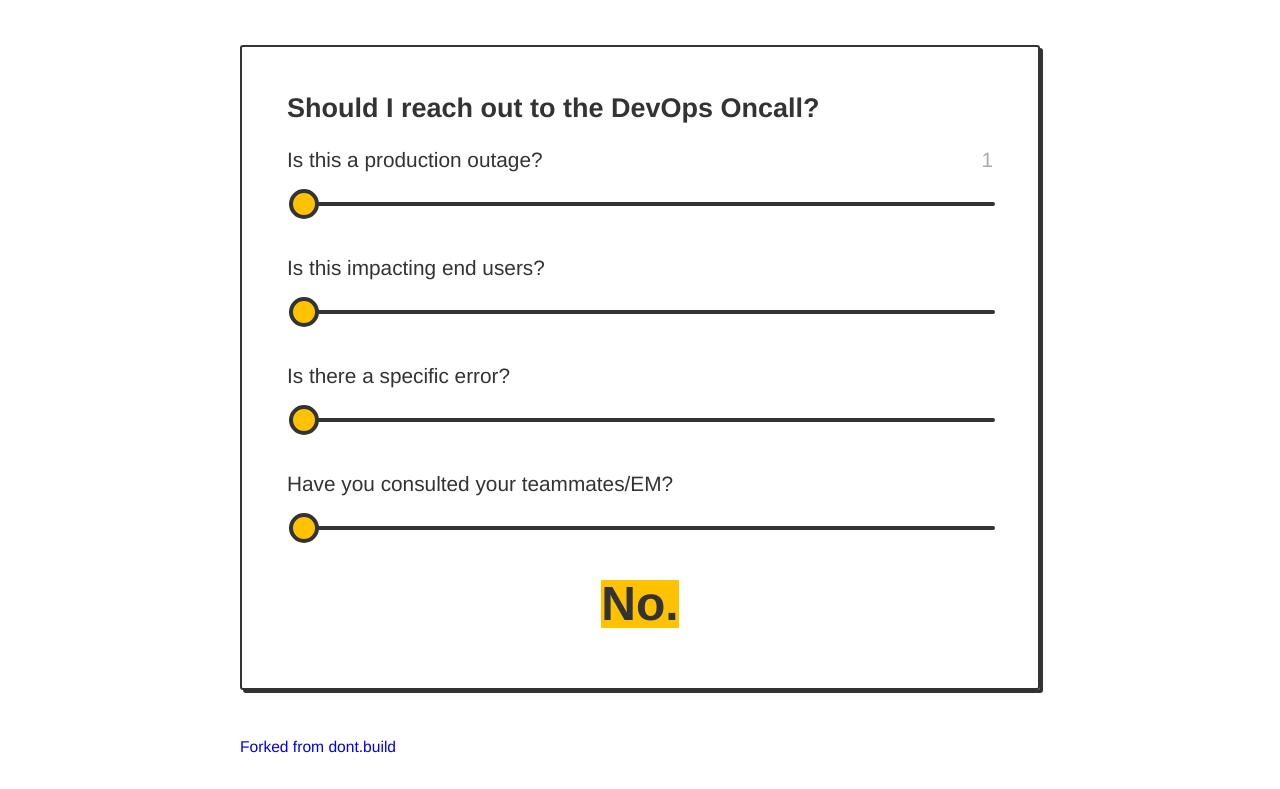
Repository: harishbsrinivas/dont.call
Page: index.html
The author's editor kept a copy of each file at every save. The page is drawn from the files as they stood at one save, then again after the next save.
The browser window is 1280 px wide. The pictures show the whole page.

Above is the page before, as saved 2022-12-04 11:30:10.
Console error: TypeError: Cannot set properties of null (setting 'value')

### index.html
<!DOCTYPE html>
<html lang="en-US">

<head>
    <meta charset="utf-8" />
    <title>Should I reach out to the DevOps oncall?</title>
    <meta name="description"
        content="A simple, opinionated decision system to help decide whether to reach out to the Devops oncall?" />
    <link rel="shortcut icon" href="https://dont.build/favicon.png" />
    <meta property="og:image" content="https://dont.build/thumb.png">
    <meta name="viewport" content="width=device-width, initial-scale=1" />
    <link href="style.css?v=2" rel="stylesheet" type="text/css" />
</head>

<body>

    <div class="container">
        <section class="box">
            <h1 class="title">Should I reach out to the DevOps Oncall?</h1>
            <br />
            <form class="form">
                <fieldset class="p-outage">
                    <span class="value"></span>
                    <label>Is this a production outage?</label>
                    <input type="range" min="1" max="2" step="1" value="1" />
                </fieldset>
                <fieldset class="p-impact">
                    <span class="value"></span>
                    <label>Is this impacting end users?</label>
                    <input type="range" min="1" max="3" step="1" value="1" />
                </fieldset>
                <fieldset class="p-error">
                    <span class="value"></span>
                    <label>Is there a specific error?</label>
                    <input type="range" min="1" max="2" step="1" value="1" />
                </fieldset>
                <fieldset class="p-peers">
                    <span class="value"></span>
                    <label>Have you consulted your teammates/EM?</label>
                    <input type="range" min="1" max="2" step="1" value="0.1" />
                </fieldset>
            </form>
            <h1 class="answer">
                <span><span class="bool"></span><span class="percent"></span></span>
            </h1>
        </section>

        <noscript>
            <h1>This page requires Javascript to function.</h1>
        </noscript>

        <footer><a href="https://github.com/knadh/dont.build">Forked from dont.build</a>
        </footer>
    </div>


    <script>
        (function () {
            const params = [
                { weight: 1, value: 1, negative: false, name: 'p-outage', },
                { weight: 2, value: 1, negative: false, name: 'p-imapct', },
                { weight: 0.1, value: 0.1, negative: false, name: 'p-error', },
                // { weight: 0.1, value: 0.1, negative: false, name: 'p-peers', },
            ]

            params.forEach((p, n) => {
                let net = 0;
                const inp = document.querySelector(`.${p.name} input`);

                inp.value = p.value;
                inp.oninput = (e) => {
                    const val = parseFloat(e.target.value, 64);
                    document.querySelector(`.${p.name} .value`).innerText = val;
                    p.value = val;

                    // Sum all weighted params.
                    const sum = params.reduce((prev, pm) => {
                        let v = pm.value;
                        if (pm.negative) {
                            v = 10 - v;
                        }

                        return prev + (v / 10 * pm.weight);
                    }, 0);

                    // Display the results.
                    // document.querySelector(".answer .percent").innerText = `${(sum * 100).toFixed(0)}%`;

                    let b = 'Yes';
                    if (sum < 0.5 && sum > 0.46) {
                        b = `No, but a close call.`;
                    } else if (sum < 0.48) {
                        b = `No.`;
                    } else if (sum > 0.5 && sum < 0.54) {
                        b = `Yes, but a close call.`;
                    } else if (sum === 0.5) {
                        b = '50-50. Go with the gut.';
                    }
                    document.querySelector(".answer .bool").innerText = b;
                };

                inp.dispatchEvent(new Event('input'));
            });
        })();
    </script>

</body>

</html>

### style.css
:root {
    --primary: #ffc200;
    --secondary: #333;
}

* {
    box-sizing: border-box;
}

html, body {
    margin: 0;
}

body {
    font-family: 'Helvetica Neue', 'Segoe UI', Arial, sans-serif;
    font-size: 18px;
    line-height: 24px;
    color: var(--secondary);
    height: 100%;
    margin: 0;
    padding: 0;
}

h1, h2, h3 {
  line-height: 2rem;
}

a {
    text-decoration: none;
}

p {
  color: #666;
}

fieldset {
  padding: 0;
  margin: 0;
  border: 0;
}

input[type="range"] {
  -webkit-appearance: none;
  width: 100%;
  height: 4px;
  background: var(--secondary);
  border-radius: 3px;
}

input[type="range"]::-webkit-slider-thumb {
  -webkit-appearance: none;
  background: var(--primary);
  height: 30px;
  width: 30px;
  border-radius: 50%;
  cursor: pointer;
  border: 4px solid var(--secondary);
}

input[type="range"]::-moz-range-thumb {
  background: var(--primary);
  border-radius: 100%;
  height: 20px;
  width: 20px;
  cursor: pointer;
  border: 4px solid var(--secondary);
}

input[type=range]::-webkit-slider-runnable-track  {
  -webkit-appearance: none;
  box-shadow: none;
  border: none;
  background: transparent;
}


button {
    background: var(--primary);
    cursor: pointer;
    border-color: #000;
    padding: 10px 30px;
}
    button:hover {
        background: #aaa;
    }

.container {
    max-width: 800px;
    margin: 45px auto 30px auto;
}
.box {
    padding: 30px 45px;
    border: 1px solid #ddd;
    border-radius: 3px;
    border: 2px solid var(--secondary);
    box-shadow: 3px 3px 0px var(--secondary);
    margin-bottom: 45px;
}

.container .title {
  margin: 15px 0 0px 0;
}

.help {
  margin-top: 5px;
}

.form {
  clear: both;
}
.form fieldset {
  font-size: 1.3rem;
  margin-bottom: 45px;
}
  .form label {
    display: block;
    margin-bottom: 15px;
  }
  .form .value, .help {
    float: right;
    color: #aaa;
  }

.answer {
  text-align: center;
  margin: 30px 0;
  font-size: 3rem;
  line-height: 3rem;
}
  .answer span {
    display: inline-block;
    background: var(--primary);
  }

footer {
  margin: 30px auto;
  color: #999;
  font-size: 0.975rem;
}

@media (max-width: 800px) {
  .container {
    max-width: none;
    margin: 20px 30px 20px 20px;
    padding: 0;
  }
  .box {
    padding: 0;
    border: 0;
    box-shadow: none;
  }
  .help {
    float: none;
  }
  .form label {
    float: left;
    max-width: 90%;
  }
}


@media (max-width: 400px) {
  .form label {
    max-width: 70%;
  }
}

After the next save:
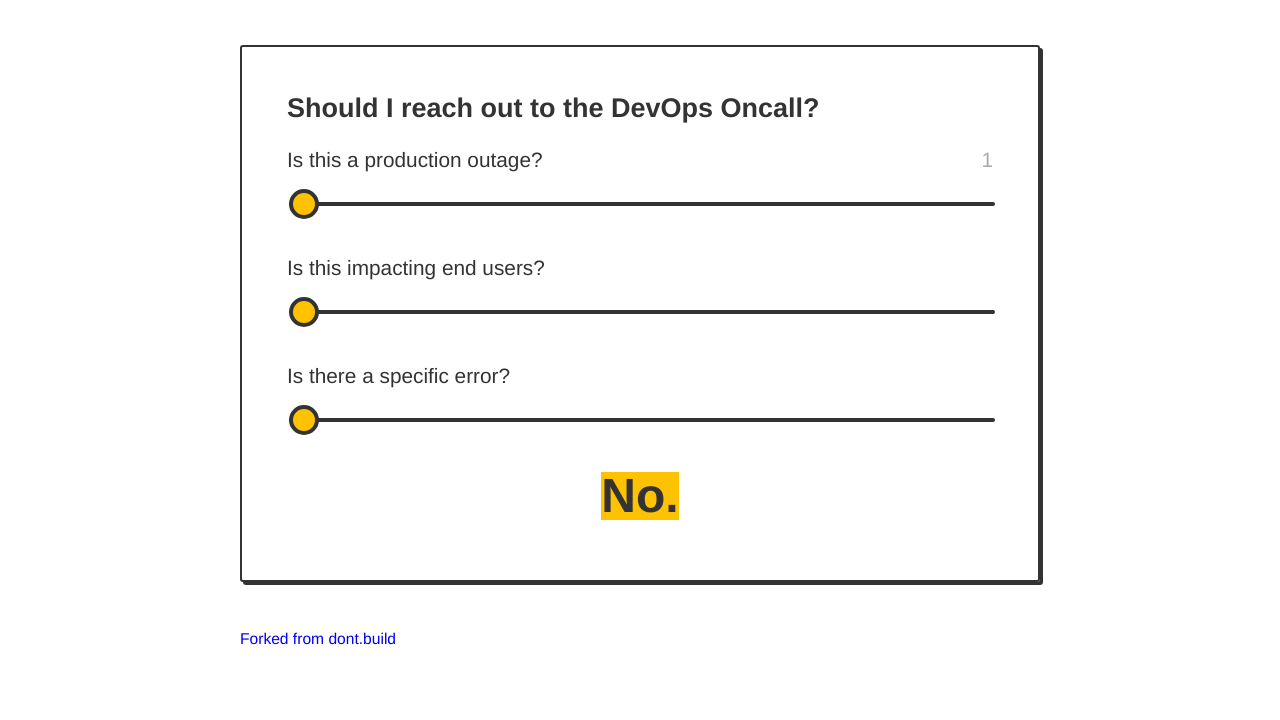
Saved 11 s later.
--- a/index.html
+++ b/index.html
@@ -34,11 +34,11 @@
                     <label>Is there a specific error?</label>
                     <input type="range" min="1" max="2" step="1" value="1" />
                 </fieldset>
-                <fieldset class="p-peers">
+                <!-- <fieldset class="p-peers">
                     <span class="value"></span>
                     <label>Have you consulted your teammates/EM?</label>
                     <input type="range" min="1" max="2" step="1" value="0.1" />
-                </fieldset>
+                </fieldset> -->
             </form>
             <h1 class="answer">
                 <span><span class="bool"></span><span class="percent"></span></span>
